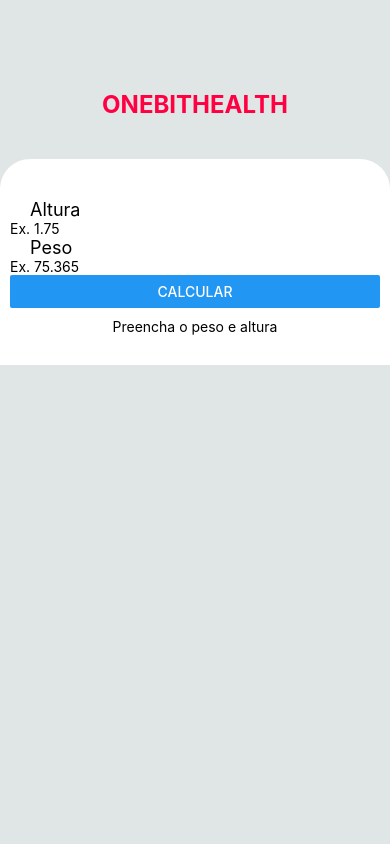
Repository: GustavoMSevero/onebithealth
Screen: /
These files come from the project's save history. The screen is drawn as it stood at one moment and after the next save; the edit follows.
The app was drawn by React Native's web renderer in a window 390 px wide. The project was rebuilt for these pictures with package versions that can differ from the ones it lists, and the page was loaded fresh each time.

Above is the screen before, as saved 2024-09-06 16:32:03.

### App.js
import { StyleSheet, View } from 'react-native';
import Title from './src/components/Title';
import Main from './src/components/Main';

export default function App() {
  return (
    <View style={styles.container}>
      <Title />
      <Main />
    </View>
  );
}

const styles = StyleSheet.create({
  container: {
    flex: 1,
    backgroundColor: '#e0e5e5',
    paddingTop: 80,
  },
});

### src/components/Title/index.js
import React from "react";
import { View, Text } from "react-native";
import styles from "./style";

export default function Title() {
    return(
        <View style={styles.boxTitle}>
            <Text style={styles.textTitle}>ONEBITHEALTH</Text>
        </View>
    );
}

### src/components/Main/index.js
import React from "react";
import { View } from "react-native";
import Form from "../Form";

export default function Main() {
    return(
        <View>
            <Form />
        </View>
    );
}

### src/components/Title/style.js
import { StyleSheet } from 'react-native';

const style = StyleSheet.create({
    boxTitle: {
        alignItems: "center",
        justifyContent: "center",
        padding: 10,
    },
    textTitle: {
        color: "#FF0043",
        fontSize: 24,
        fontWeight: "bold",
    }
});

export default style;

### src/components/Form/index.js
import React, { useState } from "react";
import { TextInput, View, Text, Button } from "react-native";
import ResultImc from "./ResultImc";
import styles from "./style";

export default function Form() {

    const [height, setHeight] = useState(null)
    const [weight, setWeigth] = useState(null)
    const [messageImc, setMessageImc] = useState("Preencha o peso e altura")
    const [imc, setImc] = useState(null)
    const [textButton, setTextButton] = useState("Calcular")

    function imcCalculator() {
        // return setImc((weight/(height*height)).toFixed(2));
        return setImc(((height*height)/weight));
    }

    function validationImc() {
        if(weight != null && height != null) {
            imcCalculator()
            setHeight(null)
            setWeigth(null)
            setMessageImc("Se imc é igual: ")
            setTextButton("Calcular novamente")
            return
        }
        setImc(null)
        setTextButton("Calcular")
        setMessageImc("Preencha o peso e altura")
    }

    return(
        <View style={styles.formContext}>
            <View style={styles.form}>
                <Text style={styles.formLabel}>Altura</Text>
                <TextInput
                    onChange={setHeight}
                    value={height}
                    placeholder="Ex. 1.75"
                    keyboardType="numeric"
                />
                <Text style={styles.formLabel}>Peso</Text>
                <TextInput
                    onChange={setWeigth}
                    value={weight}
                    placeholder="Ex. 75.365"
                    keyboardType="numeric"
                />
                <Button
                    onPress={() => validationImc()}
                    title={textButton}
                />
            </View>
            <ResultImc messageResultImc={messageImc} resultImc={imc} />
        </View>
    );
}

### src/components/Form/ResultImc/index.js
import React from "react";
import { View, Text } from "react-native";

export default function ResultImc(props) {
    return(
        <View>
            <Text>{props.messageResultImc}</Text>
            <Text>{props.resultImc}</Text>
        </View>
    );
}

### src/components/Form/style.js
import { StyleSheet } from "react-native";

const style = StyleSheet.create({
    formContext: {
        width: "100%",
        height: "100%",
        bottom: 0,
        backgroundColor: "#FFFFFF",
        alignItems: "center",
        borderTopLeftRadius: 30,
        borderTopRightRadius: 30,
        marginTop: 30,
    },
    form: {
        width: "100%",
        height: "auto",
        marginTop: 30,
        padding: 10,
    },
    formLabel: {
        color: "#000000",
        fontSize: 18,
        paddingLeft: 20,
    },
    input: {
        width: "90%",
        borderRadius: 50,
        backgroundColor: "#f6f6f6",
        height: 40,
        margin: 12,
        paddingLeft: 10,
    }
});

export default style;

After the next save:
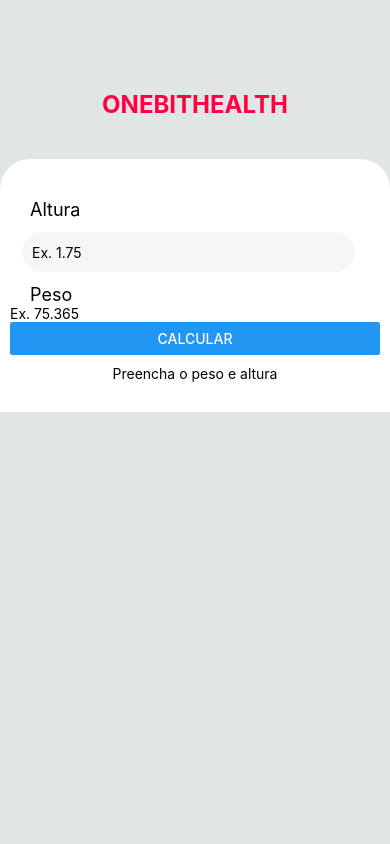
Saved 21 s later.
--- a/src/components/Form/index.js
+++ b/src/components/Form/index.js
@@ -35,6 +35,7 @@
             <View style={styles.form}>
                 <Text style={styles.formLabel}>Altura</Text>
                 <TextInput
+                    style={styles.input}
                     onChange={setHeight}
                     value={height}
                     placeholder="Ex. 1.75"
